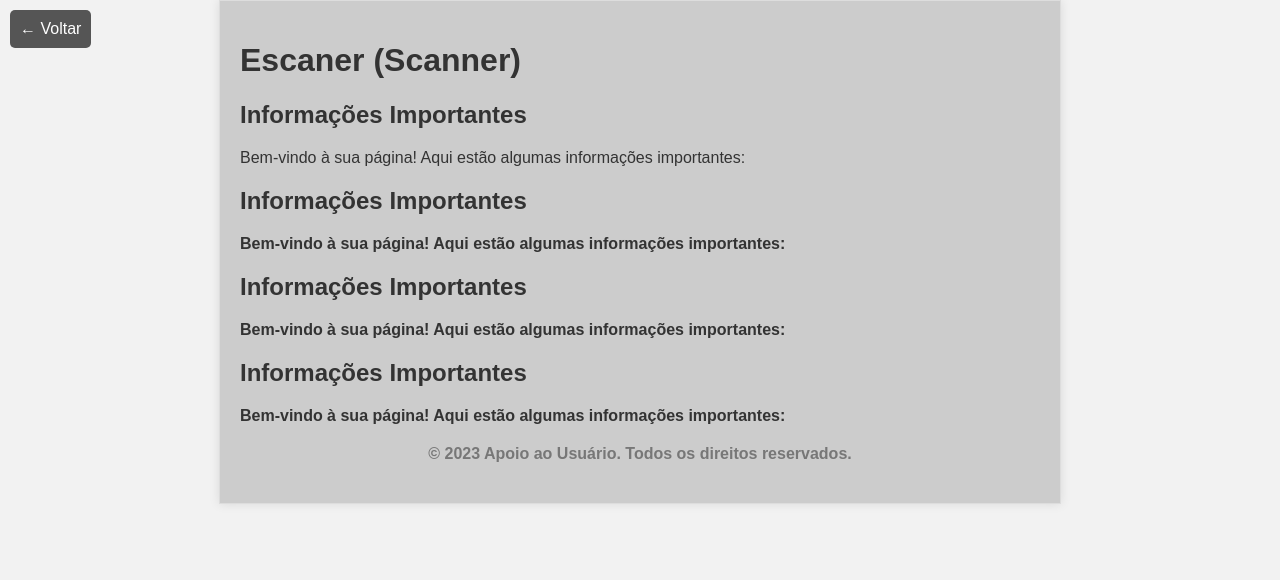
Repository: I4guito/dicasdez
Page: Dicas site/Dicas/scanner.html
An editor plug-in stored every save of this project. The page is shown before and after the next save, followed by the edit.
The browser window is 1280 px wide. The pictures show the whole page.

Above is the page before, as saved 2023-11-28 14:04:05.

### Dicas site/Dicas/scanner.html
<!DOCTYPE html>
<html lang="pt-br">
<head>
    <meta charset="UTF-8">
    <meta name="viewport" content="width=device-width, initial-scale=1.0">
    <link rel="stylesheet" href="padrao.css">
    <script src="/Dicas site/script.js"></script>
    <title>Scanner</title>
</head>
<body>
    <div class="container">
        <header>
        <a href="javascript:history.back()" class="voltar-btn">&#8592; Voltar</a>
            <h1>Escaner (Scanner)</h1>
        </header>
        <section>
            <h2>Informações Importantes</h2>
            <p>Bem-vindo à sua página! Aqui estão algumas informações importantes:</p>
            <ul>
                <li><strong></li>
                <li><strong></li>
            </ul>
        </section>
        <section>
            <h2>Informações Importantes</h2>
            <p>Bem-vindo à sua página! Aqui estão algumas informações importantes:</p>
            <ul>
                <li><strong></li>
                <li><strong></li>
            </ul>
        </section>
        <section>
            <h2>Informações Importantes</h2>
            <p>Bem-vindo à sua página! Aqui estão algumas informações importantes:</p>
            <ul>
                <li><strong></li>
                <li><strong></li>
            </ul>
        </section>
        <section>
            <h2>Informações Importantes</h2>
            <p>Bem-vindo à sua página! Aqui estão algumas informações importantes:</p>
            <ul>
                <li><strong></li>
                <li><strong></li>
            </ul>
        </section>
        <footer>
            <p>&copy; 2023 Apoio ao Usuário. Todos os direitos reservados.</p>
        </footer>
    </div>
</body>
</html>

### Dicas site/Dicas/padrao.css
body {
    font-family: 'Arial', sans-serif;
    margin: 0;
    padding: 0;
    background-color: #f2f2f2;
    color:#fff
}

.container {
    max-width: 800px;
    margin: 0 auto;
    background-color: #ccc;
    padding: 20px;
    box-shadow: 0 0 10px rgba(0, 0, 0, 0.1);
    border: 1px solid #ddd;
    color: #333;
}

header, section, footer {
    margin-bottom: 20px;
}

header h1, section h2 {
    color: #333;
}

ul {
    list-style: none;
    padding: 0;
}

li {
    margin-bottom: 10px;
}

footer {
    text-align: center;
    color: #777;
}

.voltar-btn {
    position: absolute;
    left: 10px;
    top: 10px;
    text-decoration: none;
    color: #fff;
    font-size: 16px;
    padding: 10px;
    background-color: #555;
    border: none;
    border-radius: 5px;
    cursor: pointer;
    transition: background-color 0.3s;
}

.voltar-btn:hover {
    background-color: #777;
}

img {

    margin-inline: 5cm;
    max-width: 100%;
    border-radius: 3%;
}

.link-instrucoes {
    font-family:cursive;
    width: 50px;
    left: 10px;
    text-decoration: none;
    color: #fff;
    font-size: 25px;
    padding: 3px;
    background-color: #555;
    border: none;
    border-radius: 10px;
    cursor: pointer;
    transition:  background-color 0.3s;
}

.link-instrucoes:hover {
    background-color:#777
}

### Dicas site/script.js
function filterItems() {
    var searchBar = document.getElementById('searchBar');
    var filter = searchBar.value.toUpperCase();

    var columns = document.getElementsByClassName('column');
    for (var i = 0; i < columns.length; i++) {
        var boxes = columns[i].getElementsByClassName('box');
        for (var j = 0; j < boxes.length; j++) {
            var item = boxes[j];
            var textValue = item.textContent || item.innerText;
            if (textValue.toUpperCase().indexOf(filter) > -1) {
                item.style.display = "";
            } else {
                item.style.display = "none";
            }
        }
    }
}

function openPage(pageName) {
    // Assuming all pages are in the same directory, you can modify the path as needed
    window.location.href = pageName + '.html';
}


    const isOpera = navigator.userAgent.indexOf("OPR") > -1;


    if (isOpera) {
      document.addEventListener("DOMContentLoaded", function () {
        document.querySelector(".container").style.backgroundColor = "#005c4b"; /* Azul claro para o Opera */
        document.querySelector(".container").style.color = "#333";
      });
    }

After the next save:
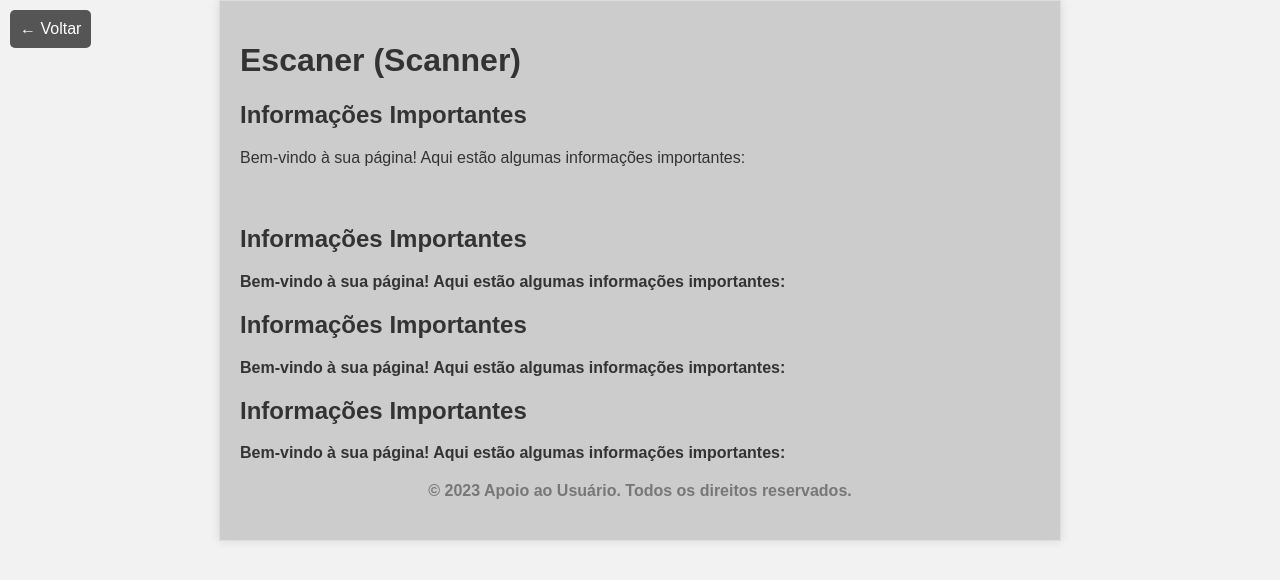
Saved 5 s later.
--- a/Dicas site/Dicas/scanner.html
+++ b/Dicas site/Dicas/scanner.html
@@ -20,7 +20,7 @@
                 <li><strong></li>
                 <li><strong></li>
             </ul>
-        </section>
+        </section><br>
         <section>
             <h2>Informações Importantes</h2>
             <p>Bem-vindo à sua página! Aqui estão algumas informações importantes:</p>
